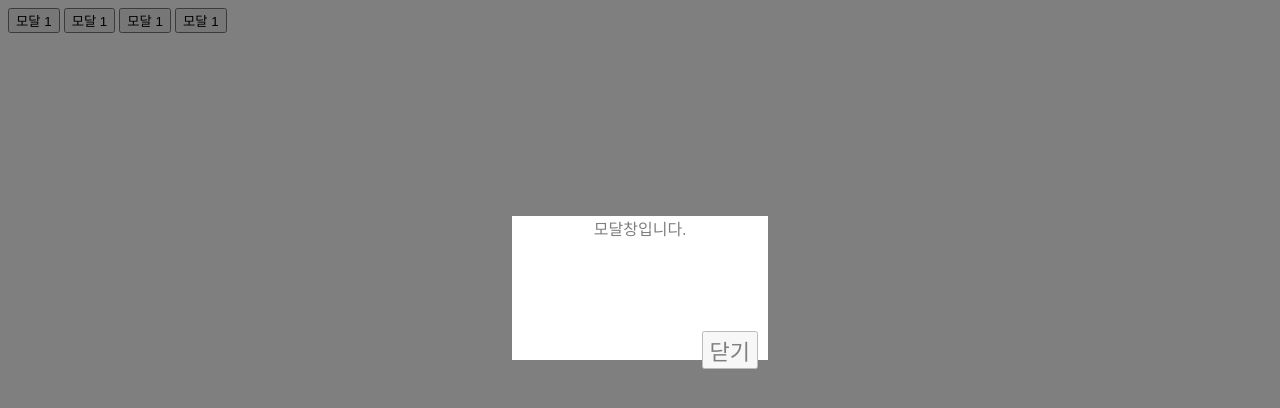
Repository: leetaehyeon123/SpringBaseSources
Page: http://localhost/modal/
The author's editor kept a copy of each file at every save. The page is drawn from the files as they stood at one save, then again after the next save.
The browser window is 1280 px wide. The pictures show the whole page.
The page is served by Tomcat 9. Other server files are loaded and not shown.

Above is the page before, as saved 2020-09-01 02:31:58.

### 모달창 소스코드/modal/modal/src/main/webapp/WEB-INF/views/modal.jsp
<%@ page language="java" contentType="text/html; charset=UTF-8"
    pageEncoding="UTF-8"%>
<!DOCTYPE html>
<html>
<head>
<meta charset="UTF-8">
<title>Insert title here</title>
<script type="text/javascript">
function mo1(){

}
function c1(){

}

</script>
</head>
<body>


<input type="button" value="모달 1" onclick="mo1()">
<input type="button" value="모달 1" onclick="modal1()">
<input type="button" value="모달 1" onclick="modal1()">
<input type="button" value="모달 1" onclick="modal1()">




	<div class="modal1,modal"  style="width: 100% ; height: 100vh ; background-color: black; position: fixed; left: 0px; top:0px; opacity: 0.5;">
		<div class="modal1Div" style="width: 20%; height: 20vh; background-color: white; margin: 30vh auto; ">
				<div	 style="height: 80%; width: 100%; text-align: center;">
							<p>모달창입니다.</p>
				</div>
				<div 	style="width: 100%; text-align: right; ">
						<input type="button" value="닫기" style="margin-right: 10px; font-size: 22px;">
				</div>
		</div>


	</div>
</body>
</html>

After the next save:
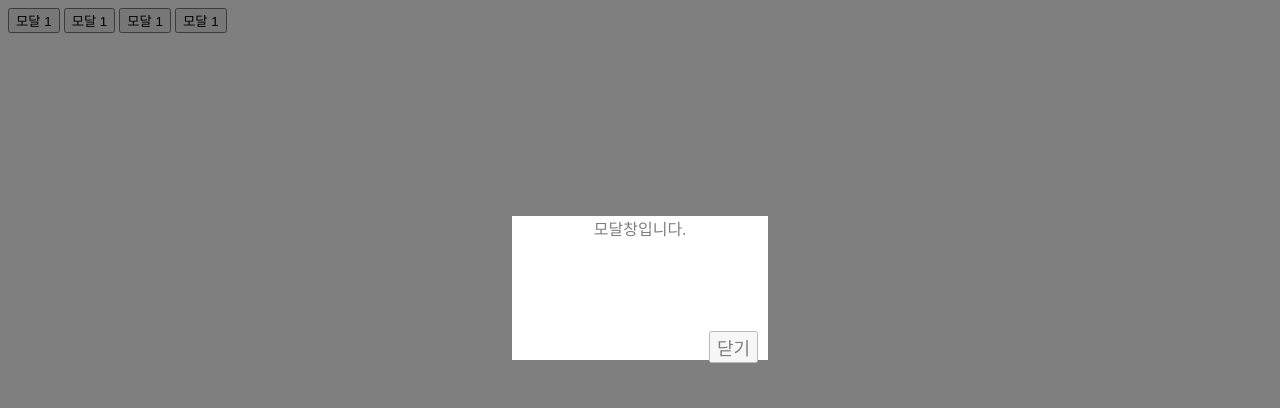
Saved 9 s later.
--- a/모달창 소스코드/modal/modal/src/main/webapp/WEB-INF/views/modal.jsp
+++ b/모달창 소스코드/modal/modal/src/main/webapp/WEB-INF/views/modal.jsp
@@ -32,7 +32,7 @@ function c1(){
 							<p>모달창입니다.</p>
 				</div>
 				<div 	style="width: 100%; text-align: right; ">
-						<input type="button" value="닫기" style="margin-right: 10px; font-size: 22px;">
+						<input type="button" value="닫기" style="margin-right: 10px; font-size: 18px;">
 				</div>
 		</div>
 
